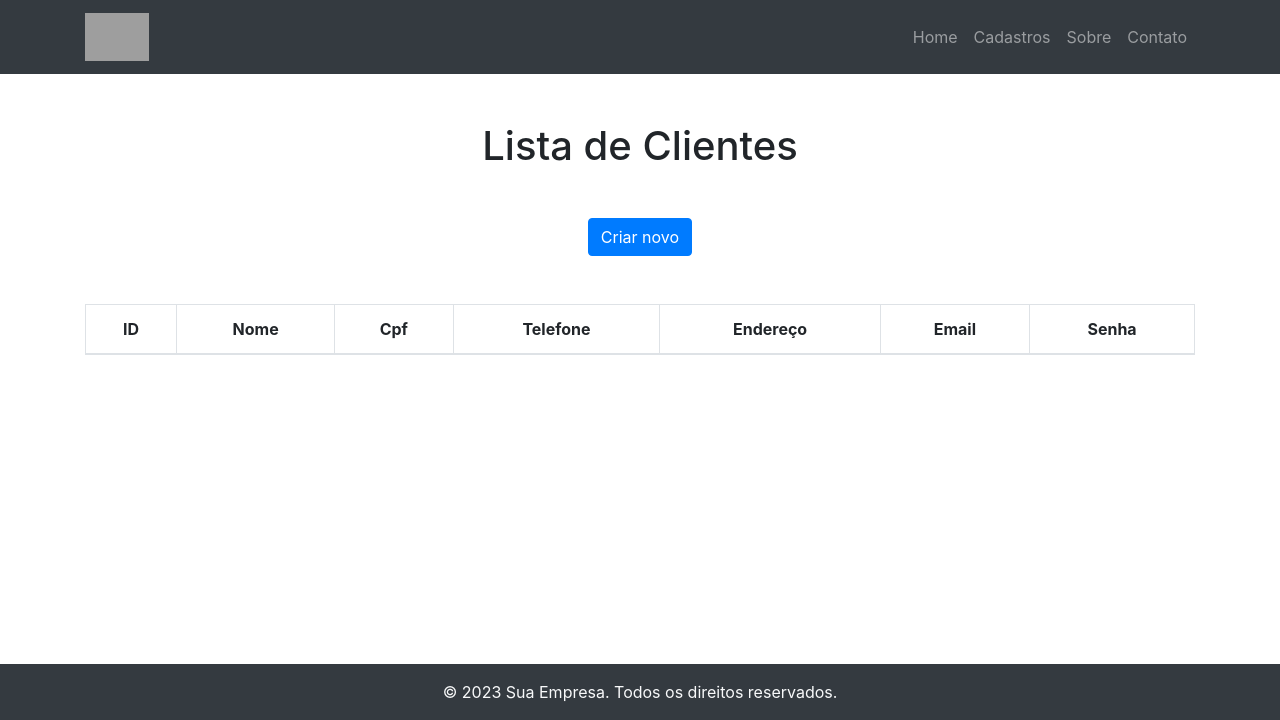
Repository: marcelledssantos/PotterTravel-MVC
Page: http://localhost/PotterTravel-MVC/ReadController
These files come from the project's save history. The page is drawn as it stood at one moment and after the next save; the edit follows.
The browser window is 1280 px wide. The pictures show the whole page.
Pictures or frames that could not be fetched are drawn as grey boxes. Some web libraries are served in a nearby version. The page is served by Tomcat 9. Queries for data that is not in the repository find no rows.

Above is the page before, as saved 2023-11-01 02:57:57.

After the next save:
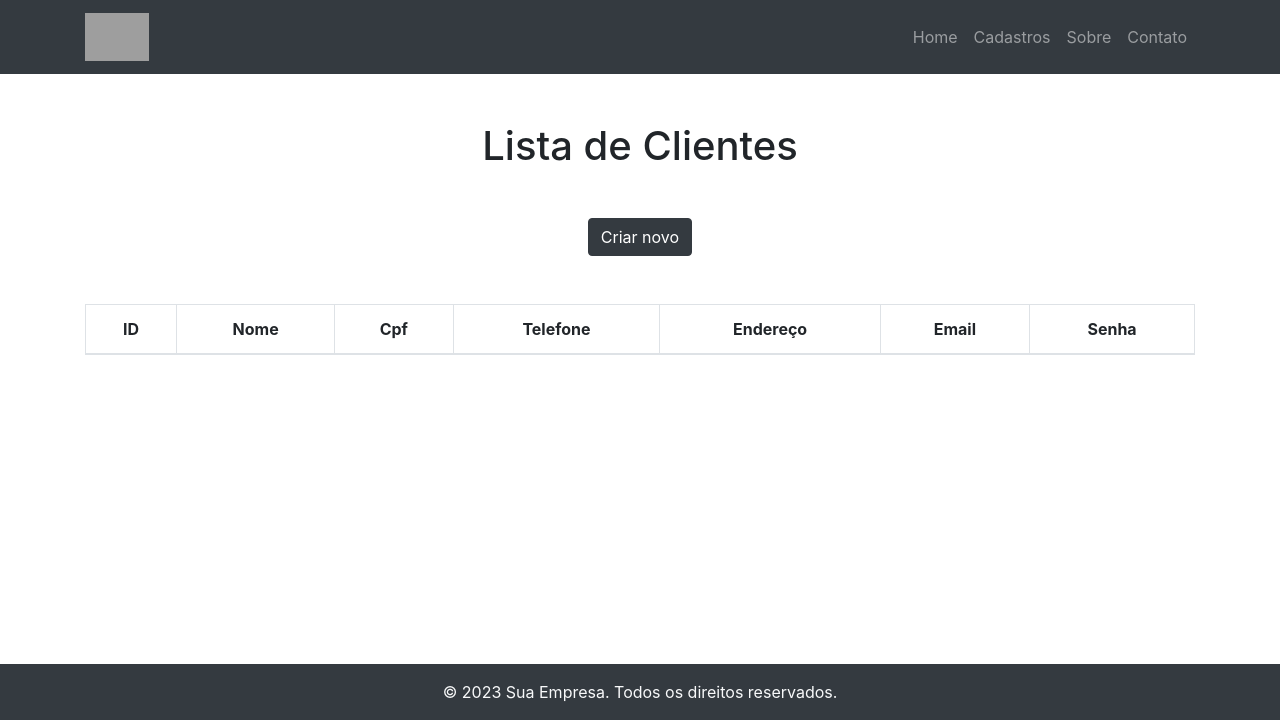
Saved 60 s later.
--- a/PotterTravel-MVC/src/main/webapp/clientes.jsp
+++ b/PotterTravel-MVC/src/main/webapp/clientes.jsp
@@ -43,7 +43,7 @@
     </header>
 	<h1 class="mt-5">Lista de Clientes</h1>
 	<div class="container mt-5">
-	<a href="./cadastro.jsp" class="btn btn-primary mb-5">Criar novo</a>
+	<a href="./cadastro.jsp" class="btn btn-dark mb-5">Criar novo</a>
 		<table class="table table-bordered">
 			<thead>
 				<tr>
